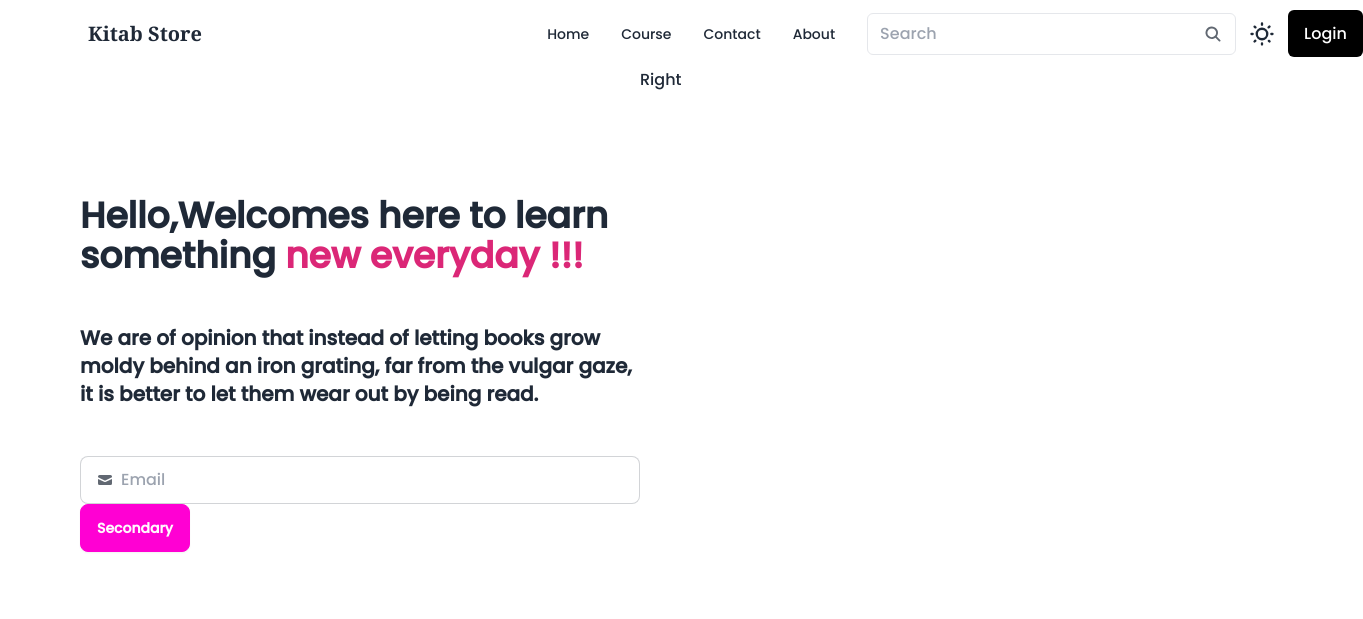
Repository: diensy/Kitab.com
Page: / (app in Frontend/)
An editor plug-in stored every save of this project. The page is shown before and after the next save, followed by the edit.
The browser window is 1280 px wide. The page is 1363 px wide, so the pictures cover 1363 px, including what lies to the right of the window. The pictures show the whole page.
The project was rebuilt for these pictures with package versions that can differ from the ones it lists, and the page was loaded fresh each time. Also part of the build but not shown: Frontend/vite.config.js.

Above is the page before, as saved 2024-07-28 23:35:23.

After the next save:
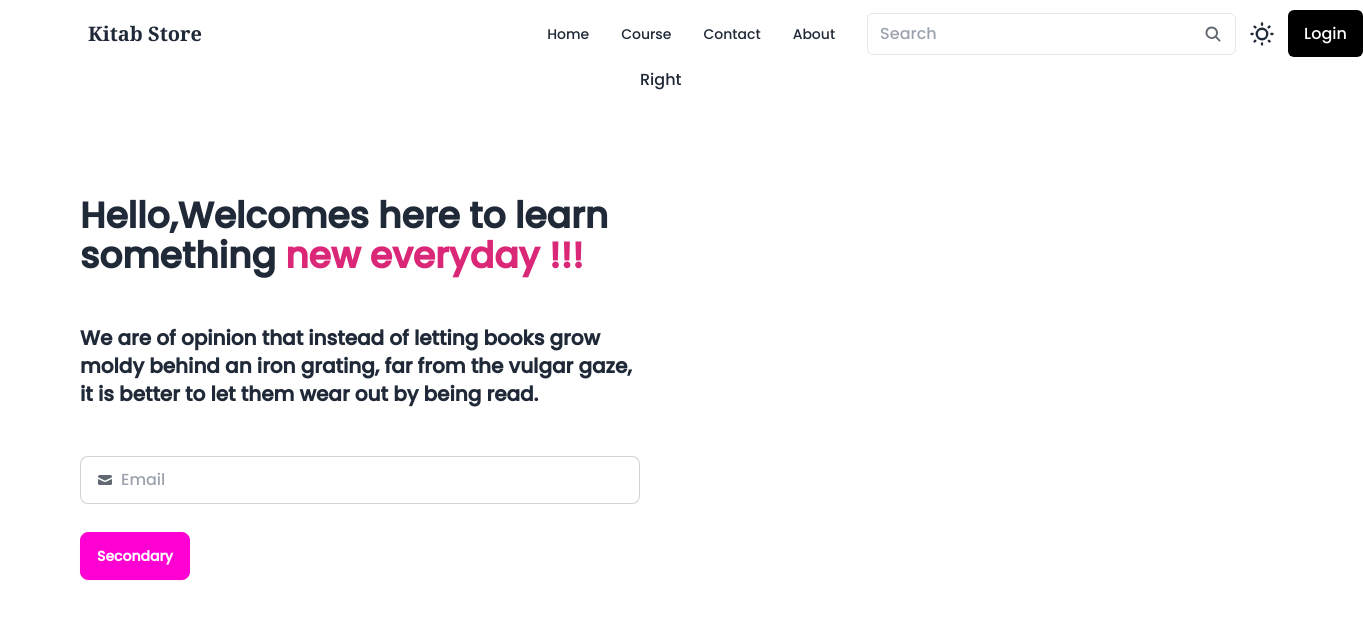
Saved 4 s later.
--- a/Frontend/src/Components/Banner.jsx
+++ b/Frontend/src/Components/Banner.jsx
@@ -28,7 +28,7 @@ const Banner = () => {
             </svg>
             <input type="text" className="grow" placeholder="Email" />
           </label>
-          <button className="btn btn-secondary mt-">Secondary</button>
+          <button className="btn btn-secondary mt-7">Secondary</button>
         </div>
         <div className="w-full md:w-1/2">Right</div>
       </div>
